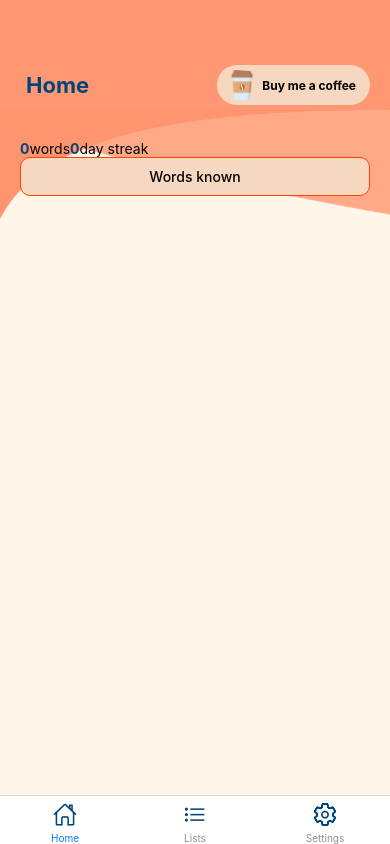
Repository: David-Waite/SpellingApp
Screen: /
The author's editor kept a copy of each file at every save. The screen is drawn from the files as they stood at one save, then again after the next save.
The app was drawn by React Native's web renderer in a window 390 px wide. The project was rebuilt for these pictures with package versions that can differ from the ones it lists, and the page was loaded fresh each time. Also part of the build but not shown: screens/Settings.js, screens/SpellWord.js, screens/WordsLearnt.js, screens/WordListOverview.js, screens/WordLists.js, screens/Donate.js.

Above is the screen before, as saved 2023-06-22 22:22:36.

### App.js
import { NavigationContainer } from "@react-navigation/native";
import { StatusBar } from "expo-status-bar";
import { StyleSheet } from "react-native";
import { Ionicons } from "@expo/vector-icons";

import Home from "./screens/Home";
import Settings from "./screens/Settings";
import SpellWord from "./screens/SpellWord";
import WordsLearnt from "./screens/WordsLearnt";
import WordListOverview from "./screens/WordListOverview";
import WordLists from "./screens/WordLists";
import Donate from "./screens/Donate";

import { createStackNavigator } from "@react-navigation/stack";
import { createBottomTabNavigator } from "@react-navigation/bottom-tabs";
import { GlobalStyles } from "./constants/styles";

import CoffeeBtn from "./components/ui/CoffeeBtn";

const BottomTabs = createBottomTabNavigator();
const Stack = createStackNavigator();

function BottomTabsScreens() {
  return (
    <BottomTabs.Navigator>
      <BottomTabs.Screen
        name="Home"
        component={Home}
        headerShadowVisible={false}
        options={({ navigation }) => ({
          headerRight: () => (
            <CoffeeBtn
              onPress={() => {
                navigation.navigate("Donate");
              }}
            />
          ),
          title: "Home",
          tabBarLabel: "Home",
          headerTitleAlign: "left",
          headerShadowVisible: false,
          headerTitleStyle: {
            color: GlobalStyles.colors.accent500,
            fontSize: 22,
            marginLeft: 10,
            fontWeight: 700,
            marginBottom: -60,
          },
          headerStyle: {
            backgroundColor: GlobalStyles.colors.primary400,
            height: 110,
          },

          tabBarIcon: ({ color, size }) => (
            <Ionicons
              name="home-outline"
              size={size}
              color={GlobalStyles.colors.accent500}
            />
          ),
        })}
      />
      <BottomTabs.Screen
        name="WordLists"
        component={WordLists}
        options={{
          title: "Word Lists",
          tabBarLabel: "Lists",
          tabBarIcon: ({ color, size }) => (
            <Ionicons
              name="list-outline"
              size={size}
              color={GlobalStyles.colors.accent500}
            />
          ),
        }}
      />
      <BottomTabs.Screen
        name="Settings"
        component={Settings}
        options={{
          title: "Settings",
          tabBarLabel: "Settings",
          tabBarIcon: ({ color, size }) => (
            <Ionicons
              name="settings-outline"
              size={size}
              color={GlobalStyles.colors.accent500}
            />
          ),
        }}
      />
    </BottomTabs.Navigator>
  );
}
export default function App() {
  return (
    <>
      <StatusBar style="light" />
      <NavigationContainer>
        <Stack.Navigator>
          <Stack.Screen
            name="BottomTabsScreen"
            component={BottomTabsScreens}
            options={{ headerShown: false }}
          />
          <Stack.Screen
            name="WordsLearnt"
            component={WordsLearnt}
            options={{ presentation: "modal" }}
          />
          <Stack.Screen name="WordListOverview" component={WordListOverview} />
          <Stack.Screen
            name="SpellWord"
            component={SpellWord}
            options={{ presentation: "modal" }}
          />
          <Stack.Screen
            name="Donate"
            component={Donate}
            options={{ presentation: "modal" }}
          />
        </Stack.Navigator>
      </NavigationContainer>
    </>
  );
}

const styles = StyleSheet.create({
  container: {
    flex: 1,
    backgroundColor: "#fff",
    alignItems: "center",
    justifyContent: "center",
  },
});

### screens/Home.js
import { ImageBackground, Text, View } from "react-native";
import { Dimensions } from "react-native";

import { StyleSheet } from "react-native";
import { GlobalStyles } from "../constants/styles";

import WordsLearntCard from "../components/ui/WordsLearntCard";
import StatBtn from "../components/ui/Home/StatBtn";

const windowWidth = Dimensions.get("window").width;
const windowHeight = Dimensions.get("window").height;
const imageHeight = windowWidth / 3.5;

function Home({ navigation }) {
  return (
    <View style={styles.imageContainer}>
      <ImageBackground
        style={styles.ImageBackground}
        source={require("../images/SpellingAppHeaderBackground.png")}
      >
        <View style={styles.container}>
          <View style={styles.statContainer}>
            <StatBtn stat={0} text="words" />
            <StatBtn stat={0} text="day streak" />
          </View>
          <WordsLearntCard navigation={navigation} />
        </View>
      </ImageBackground>
    </View>
  );
}

export default Home;

const styles = StyleSheet.create({
  imageContainer: {
    flex: 1,
    backgroundColor: GlobalStyles.colors.background,
  },
  statContainer: {
    flexDirection: "row",
  },
  container: {
    padding: 20,
    paddingTop: 30,
  },
  ImageBackground: {
    resizeMode: "contain",
    width: windowWidth,
    height: imageHeight,
  },
});

### constants/styles.js
export const GlobalStyles = {
  colors: {
    background: "#FFF6E9",
    primary50: "#FFF0E5",
    primary100: "#F6D7BF",
    primary100Dark: "#c7ad99",
    primary300: "#FFA989",
    primary400: "#FF9872",
    primary500: "#FF946E",
    primary800: "#FF4400",
    accent500: "#00467B",
    success500: "#0A8900",
    error500: "#FF0000",
  },
};

### components/ui/CoffeeBtn.js
import { Image } from "react-native";
import { StyleSheet } from "react-native";
import { Pressable } from "react-native";
import { View, Text } from "react-native";
import { GlobalStyles } from "../../constants/styles";

function CoffeeBtn({ onPress }) {
  return (
    <Pressable
      onPress={onPress}
      style={({ pressed }) => [styles.conatiner, pressed && styles.pressed]}
    >
      <View style={styles.layoutConatiner}>
        <Image
          style={styles.coffee}
          source={require("../../images/coffee-cup.png")}
        />
        <Text style={styles.text}>Buy me a coffee</Text>
      </View>
    </Pressable>
  );
}

export default CoffeeBtn;

const styles = StyleSheet.create({
  conatiner: {
    backgroundColor: GlobalStyles.colors.primary100,
    borderRadius: 20,
    paddingLeft: 10,
    paddingRight: 14,
    paddingVertical: 5,
    marginRight: 20,
    marginBottom: -60,
  },
  layoutConatiner: {
    flexDirection: "row",
    alignItems: "center",
    gap: 5,
  },
  text: {
    fontSize: 12,
    fontWeight: 700,
  },
  coffee: {
    width: 30,
    height: 30,
  },
  pressed: {
    backgroundColor: GlobalStyles.colors.primary100Dark,
    borderRadius: 20,
  },
});

### components/ui/WordsLearntCard.js
import { Text, StyleSheet } from "react-native";

import { GlobalStyles } from "../../constants/styles";
import { Pressable } from "react-native";
import { View } from "react-native";

function WordsLearntCard({ navigation }) {
  return (
    <Pressable onPress={() => navigation.navigate("WordsLearnt")}>
      <View style={styles.container}>
        <Text style={styles.WordsKnownText}>Words known</Text>
      </View>
    </Pressable>
  );
}

export default WordsLearntCard;

const styles = StyleSheet.create({
  container: {
    backgroundColor: GlobalStyles.colors.primary100,
    paddingHorizontal: 10,
    paddingVertical: 10,
    borderRadius: 10,
    borderColor: GlobalStyles.colors.primary800,
    borderWidth: 1,
  },
  WordsKnownText: {
    textAlign: "center",
    fontWeight: "500",
  },
  pressed: {
    opacity: 0.75,
  },
});

### components/ui/Home/StatBtn.js
import { StyleSheet } from "react-native";
import { Text, View } from "react-native";
import { GlobalStyles } from "../../../constants/styles";

function StatBtn({ stat, text }) {
  return (
    <View style={styles.container}>
      <Text style={styles.stat}>{stat}</Text>
      <Text style={styles.text}>{text}</Text>
    </View>
  );
}

export default StatBtn;

const styles = StyleSheet.create({
  container: {
    flexDirection: "row",

    borderRadius: 10,
  },
  stat: {
    color: GlobalStyles.colors.accent500,
    fontWeight: "bold",
  },
  text: {
    color: "black",
  },
});

After the next save:
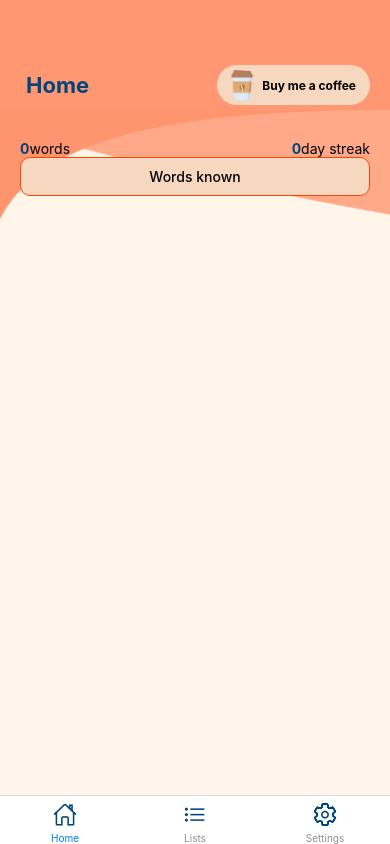
Saved 14 s later.
--- a/screens/Home.js
+++ b/screens/Home.js
@@ -39,6 +39,7 @@ const styles = StyleSheet.create({
   },
   statContainer: {
     flexDirection: "row",
+    justifyContent: "space-between",
   },
   container: {
     padding: 20,
